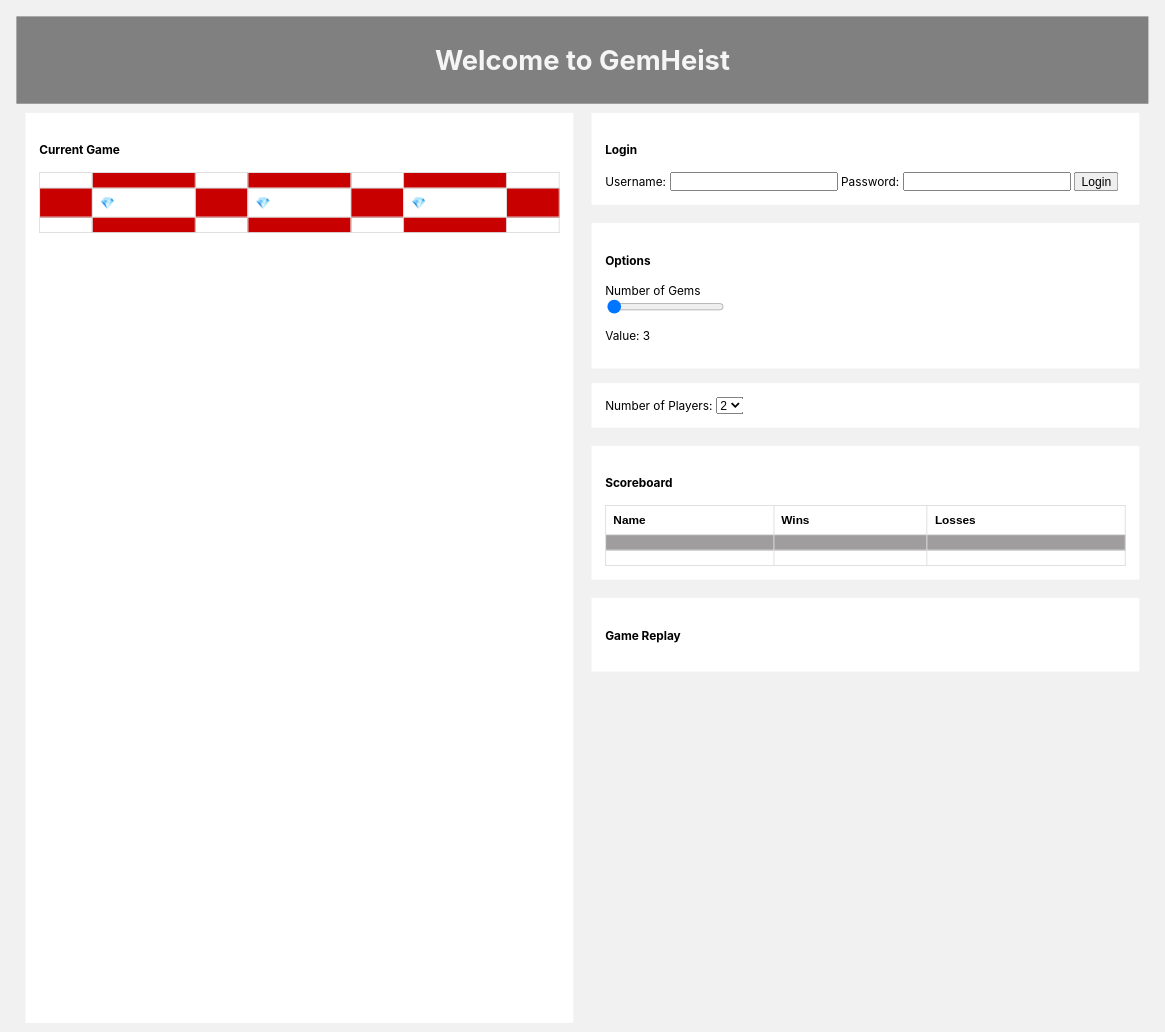
Repository: komalharjani/Gem-Heist
Page: board.html
An editor plug-in stored every save of this project. The page is shown before and after the next save, followed by the edit.
The browser window is 1280 px wide. The pictures show the whole page, at 91% of full size.

Above is the page before, as saved 2020-04-05 19:40:49.

After the next save:
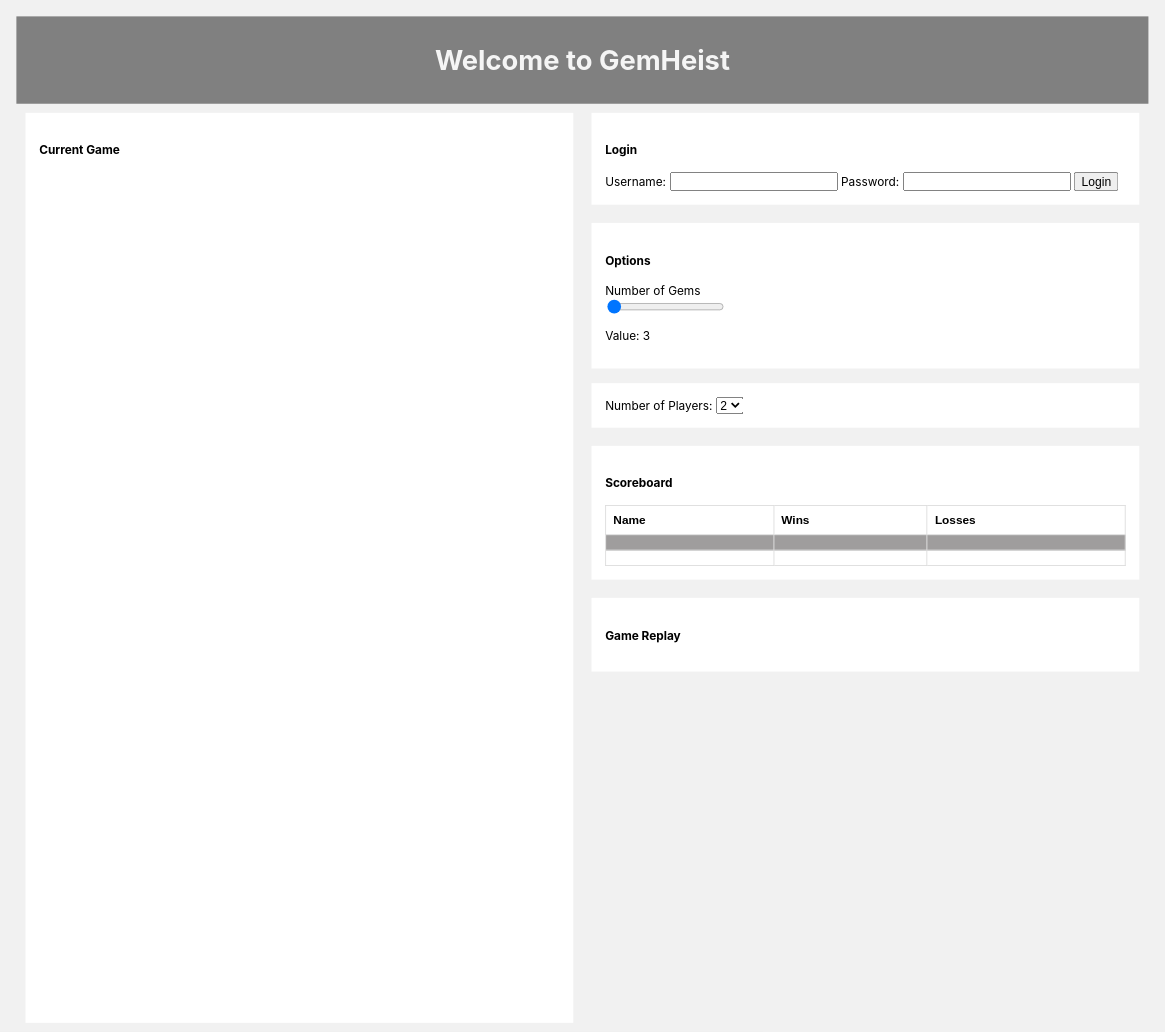
Console error: ReferenceError: i is not defined
Saved 11 s later.
--- a/model_Board.js
+++ b/model_Board.js
@@ -26,7 +26,7 @@
         var row = document.createElement('tr');
         for (var c = 0; c < arr[r].length; c++) {
             var cell = document.createElement('td');
-            currentState.push(cell);
+            currentState[i].push(cell);
             //console.log(currentState[i][j]);
             if (c % 2 && r % 2) { //identify gem cells
                 console.log(r,c);

After the save that followed:
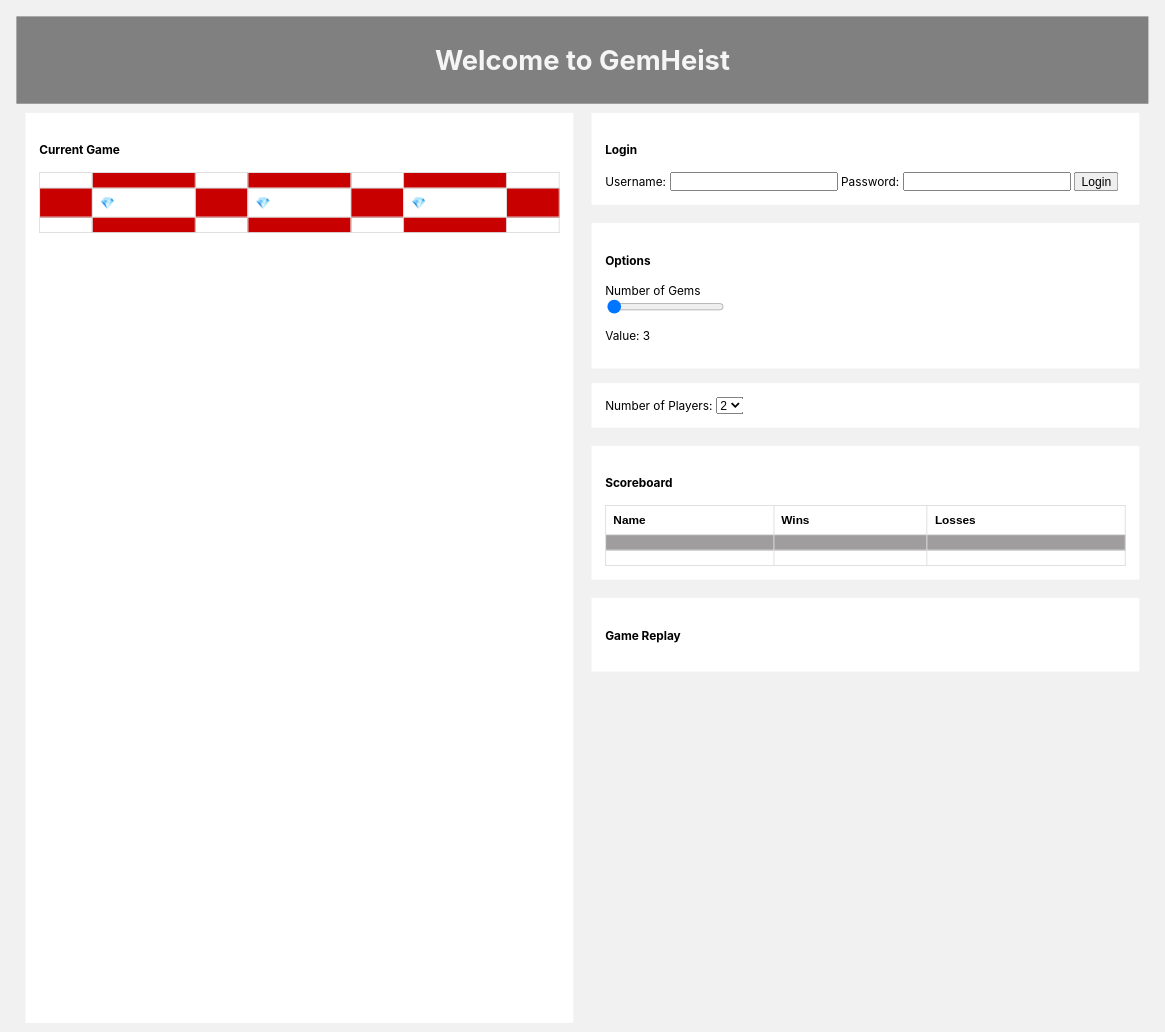
The error is gone.
Saved 10 s later.
--- a/model_Board.js
+++ b/model_Board.js
@@ -26,7 +26,7 @@
         var row = document.createElement('tr');
         for (var c = 0; c < arr[r].length; c++) {
             var cell = document.createElement('td');
-            currentState[i].push(cell);
+            currentState[r].push(cell);
             //console.log(currentState[i][j]);
             if (c % 2 && r % 2) { //identify gem cells
                 console.log(r,c);
